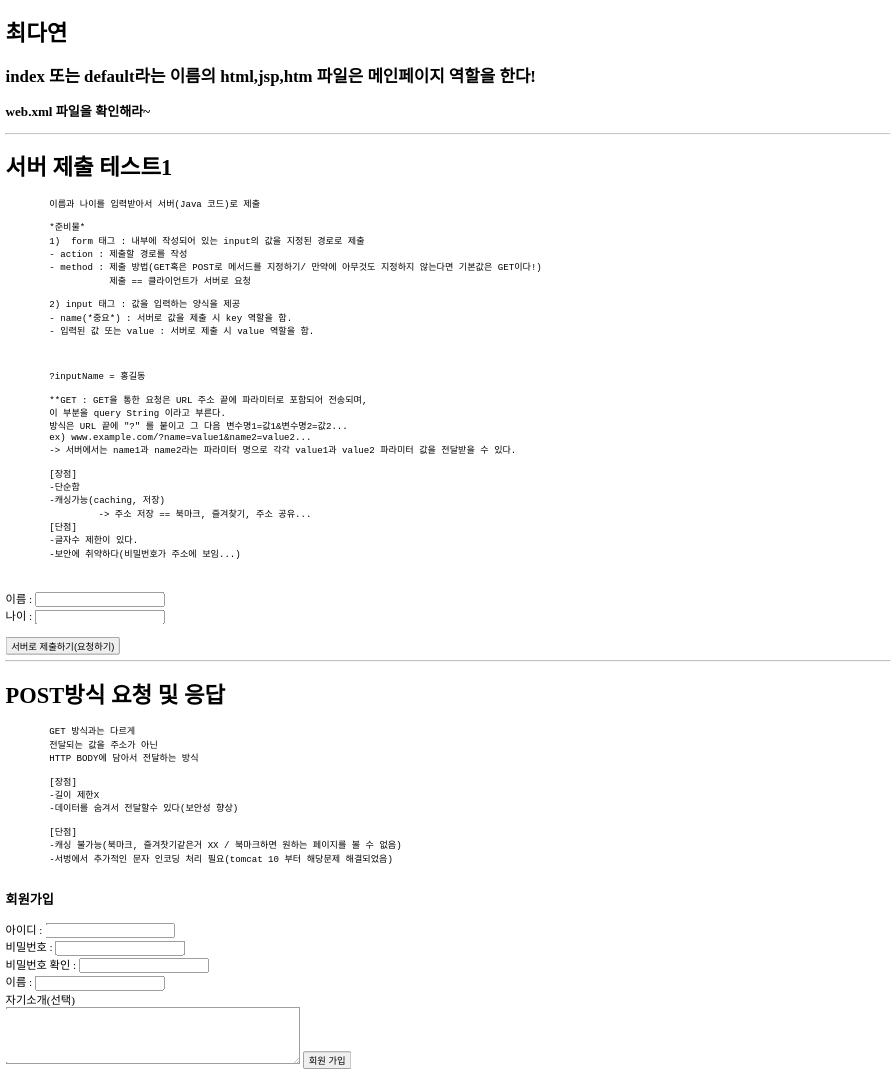
Repository: ana80202/05_Server
Page: ServletProject/src/main/webapp/index.html
The author's editor kept a copy of each file at every save. The page is drawn from the files as they stood at one save, then again after the next save.
The browser window is 1280 px wide. The pictures show the whole page, at 70% of full size.

Above is the page before, as saved 2024-03-21 05:46:20.

After the next save:
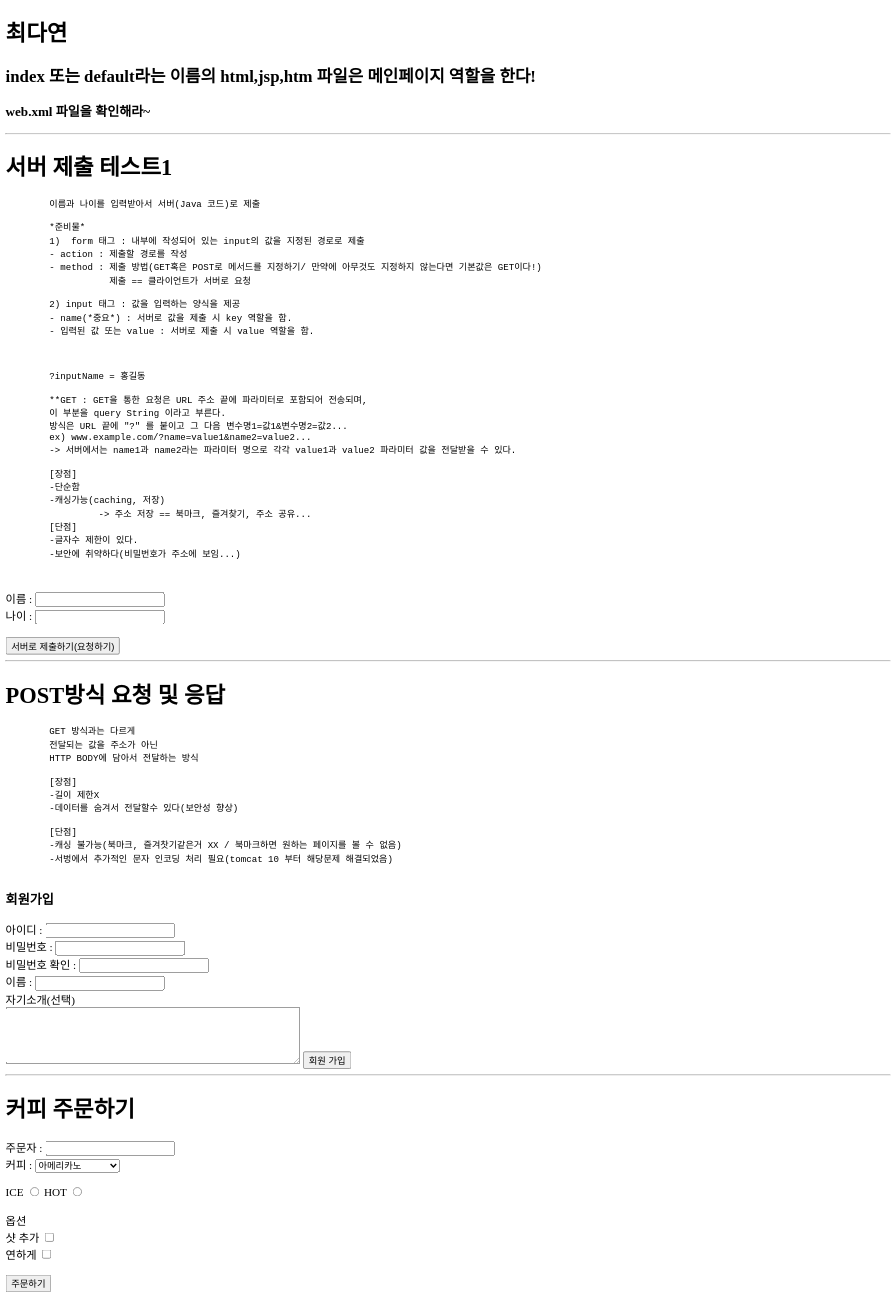
Saved 2 min 20 s later.
--- a/ServletProject/src/main/webapp/index.html
+++ b/ServletProject/src/main/webapp/index.html
@@ -81,7 +81,7 @@
 		아이디 : <input type="text" name ="inputId" required> <br>
 		비밀번호 :  <input type="password" name ="inputPw" required> <br>
 		비밀번호 확인 :  <input type="password"  required> <br>
-		이름 : <input type="text"  name ="inputName" required> <br>
+		이름 : <input name ="inputName" required> <br>
 
 		자기소개(선택) <br>
 		<textarea name = "intro"  cols = "50" rows = "5"></textarea>
@@ -90,7 +90,35 @@
 	</form>
 
 
+    <hr>
 
+    <h1>커피 주문하기</h1>
+
+    <form action="/coffee" method="get">
+        주문자 : <input name = "orderer">
+        <br>
+
+        커피 : <select name = "coffee">
+              <option>아메리카노</option>
+              <option>드립커피</option>
+              <option>흑임자라떼</option>
+              <option>카푸치노</option>
+              <option>커스타드푸딩라떼</option>
+              </select>
+
+        <br><br>
+        ICE <input type="radio" name="type" value="ice">
+        HOT <input type="radio" name="type" value="hot">
+
+        <br><br>
+        옵션 <br>
+        샷 추가 <input type="checkbox" name="opt" value="shot">
+        <br>
+        연하게 <input type="checkbox" name="opt" value="mild">
+
+        <br><br>
+        <button>주문하기</button>
+    </form>
 
 
 
